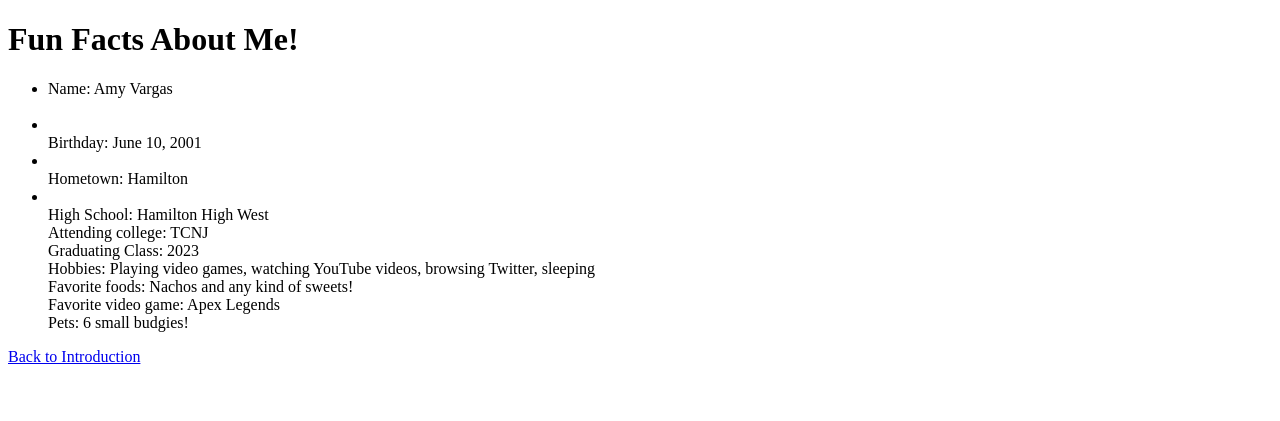
Repository: A-Vargas-GP/imm_my_website
Page: personal_site/personal/personal_facts.html
The author's editor kept a record of every edit. The page is drawn from the files as they stood at one moment, then again after the next edit.
The browser window is 1280 px wide. The pictures show the whole page.

Above is the page before.

After the next edit:
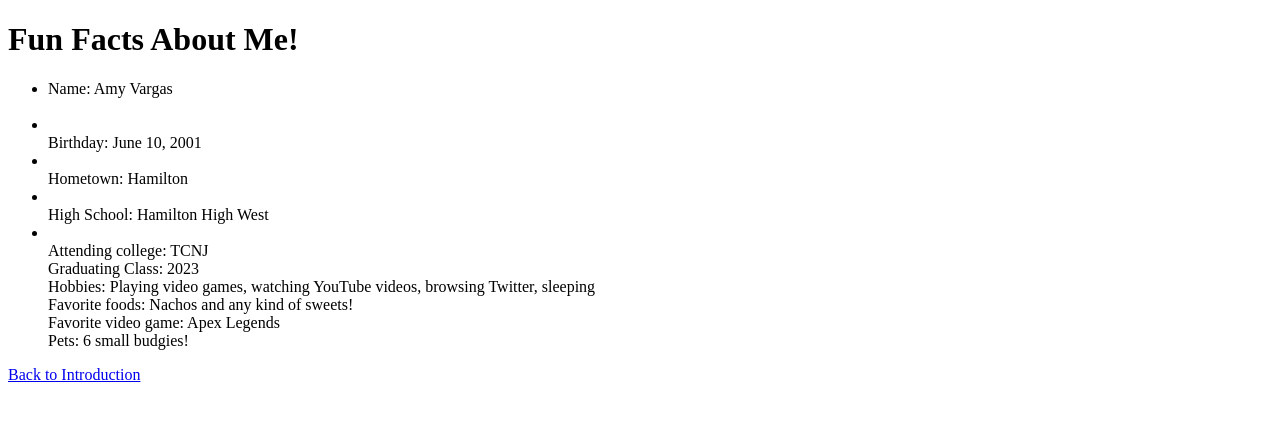
The edit:
--- a/personal_site/personal/personal_facts.html
+++ b/personal_site/personal/personal_facts.html
@@ -16,7 +16,7 @@
                 </br>
                 <li></li>High School: Hamilton High West
                 </br>
-                Attending college: TCNJ
+                <li></li>Attending college: TCNJ
                 </br>
                 Graduating Class: 2023
                 </br>
